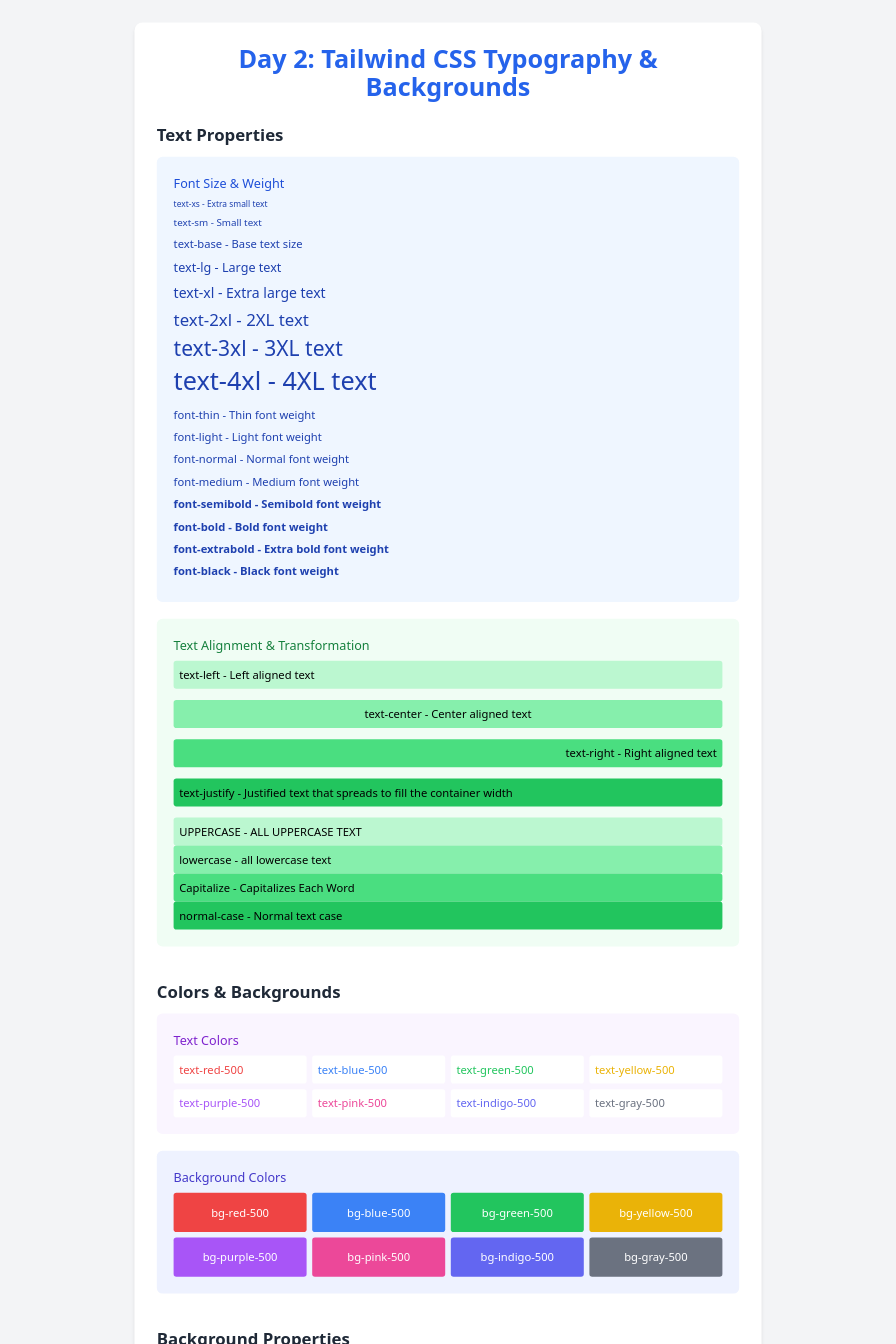
Repository: riyas-git-sys/Tailwind-complete-tutorial
Page: day2/day2.html
The author's editor kept a copy of each file at every save. The page is drawn from the files as they stood at one save, then again after the next save.
The browser window is 1280 px wide. The pictures show the part of the page from y = 0 to 1920 px (the page is 3164 px tall), at 70% of full size.
Some web libraries are served in a nearby version.

Above is the page before, as saved 2025-11-26 09:56:18.

After the next save:
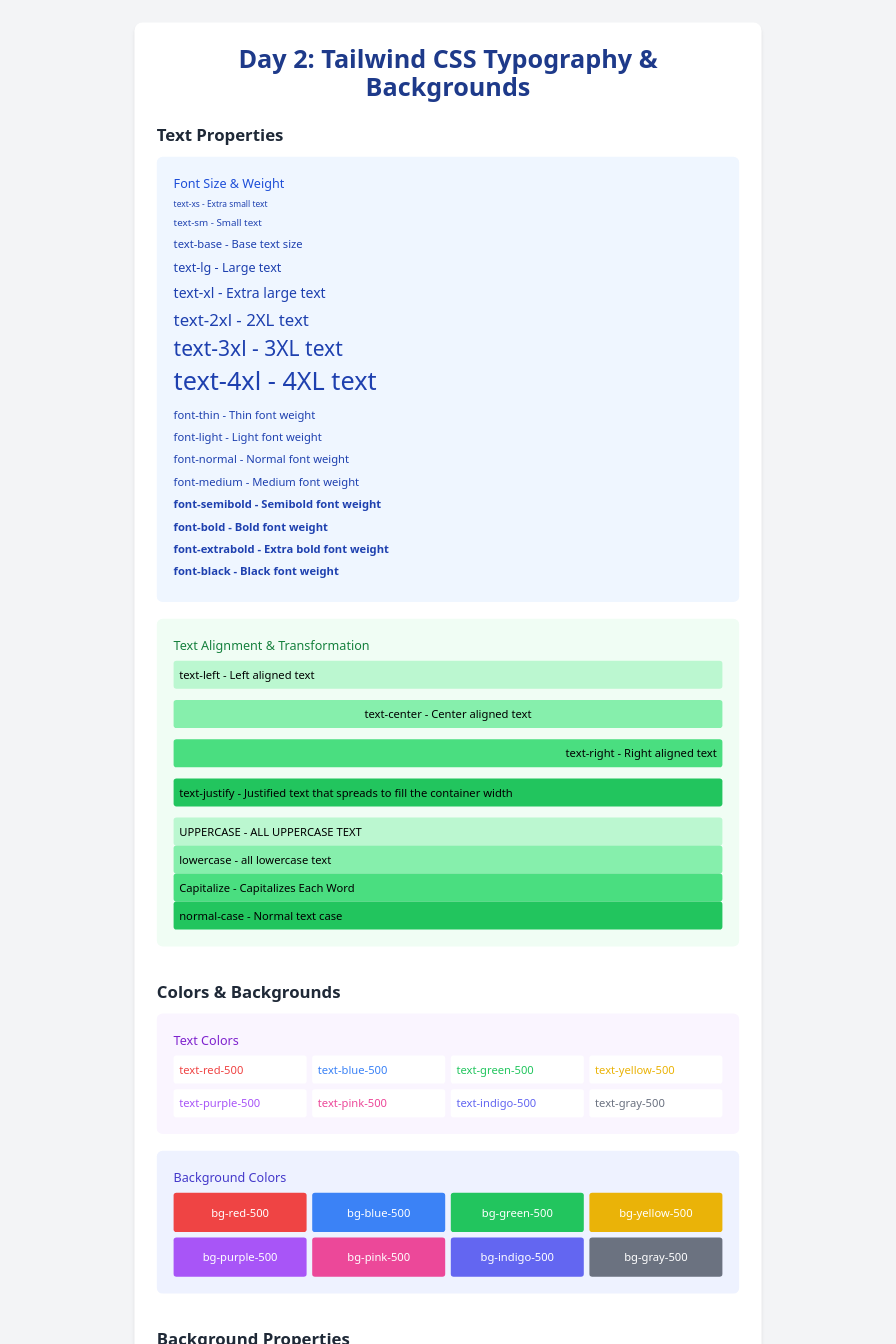
Saved 2 days later.
--- a/day2/day2.html
+++ b/day2/day2.html
@@ -8,7 +8,7 @@
 </head>
 <body class="bg-gray-100 p-8">
     <div class="max-w-4xl mx-auto bg-white rounded-xl shadow-md p-8">
-        <h1 class="text-4xl font-bold text-center text-blue-600 mb-8">Day 2: Tailwind CSS Typography & Backgrounds</h1>
+        <h1 class="text-4xl font-bold text-center text-blue-900 mb-8">Day 2: Tailwind CSS Typography & Backgrounds</h1>
 
         <!-- Text Properties -->
         <section class="mb-12">
